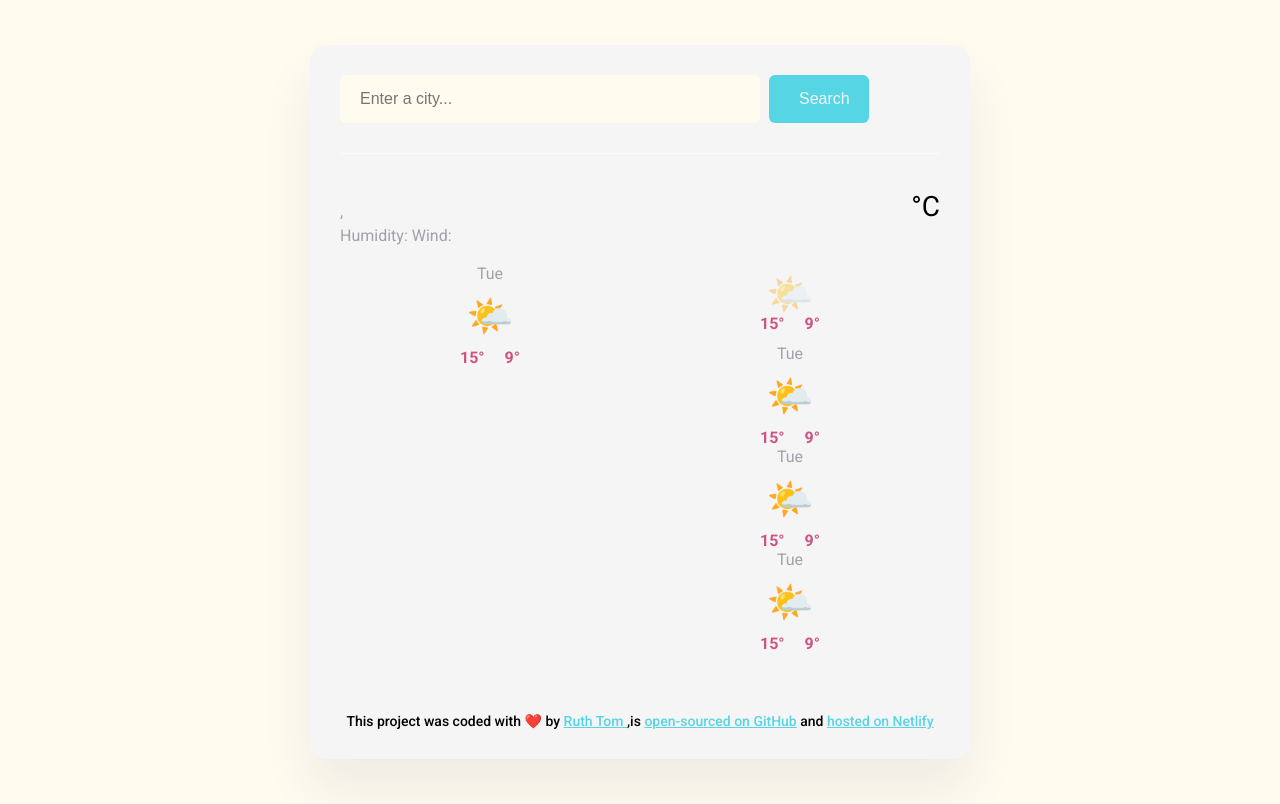
Repository: RuthTom711/Weatherly-App
Page: index.html
The author's editor kept a copy of each file at every save. The page is drawn from the files as they stood at one save, then again after the next save.
The browser window is 1280 px wide. The pictures show the whole page.
The page's requests for data from a server got no answer. Some web libraries are served in a nearby version.

Above is the page before, as saved 2025-11-13 15:08:03.
Console error (its wording comes from the project's code and is left out).

After the next save:
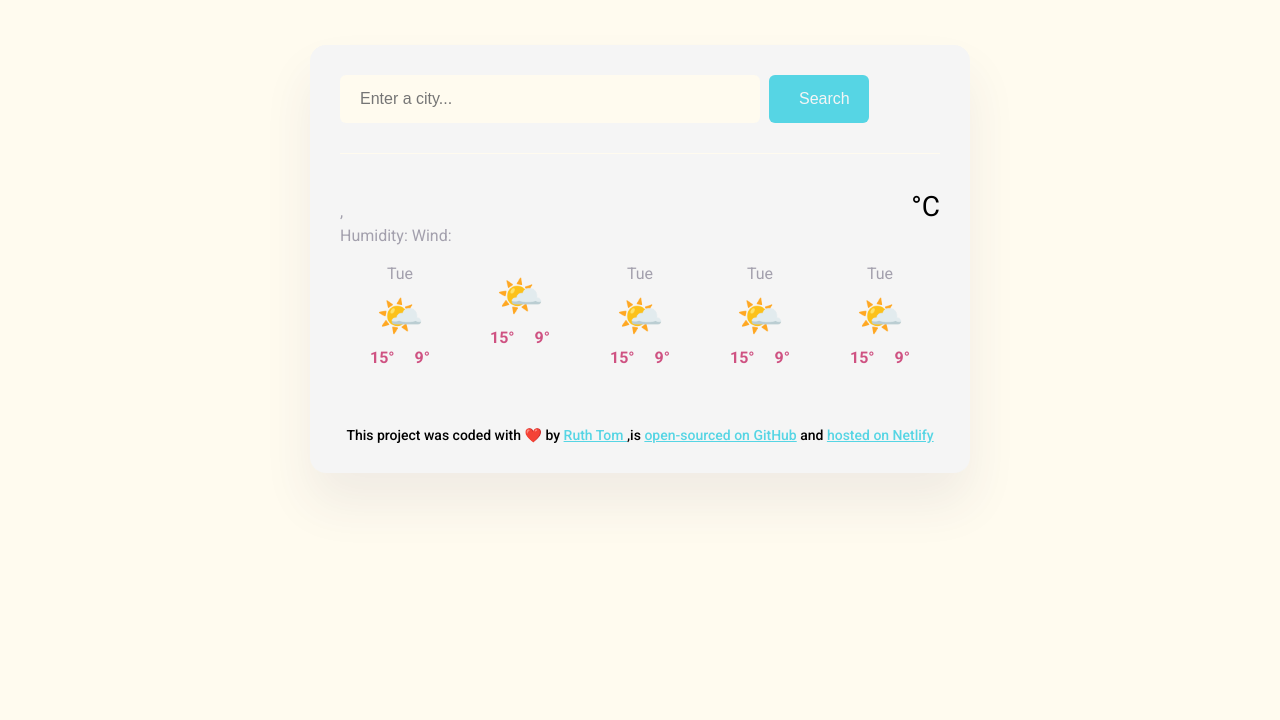
Saved 7 s later.
--- a/index.html
+++ b/index.html
@@ -61,7 +61,7 @@
 
             </div>
              <div class="weather-forecast-day">
-              <div class="weather-forecast-date"> <wbr></</div>
+              <div class="weather-forecast-date"> </div>
               <div class="weather-forecast-icon">🌤️</div>
               <div class="weather-forecast-temperatures">
               <div class="weather-forecast-temperature"><strong>15°</strong></div>
